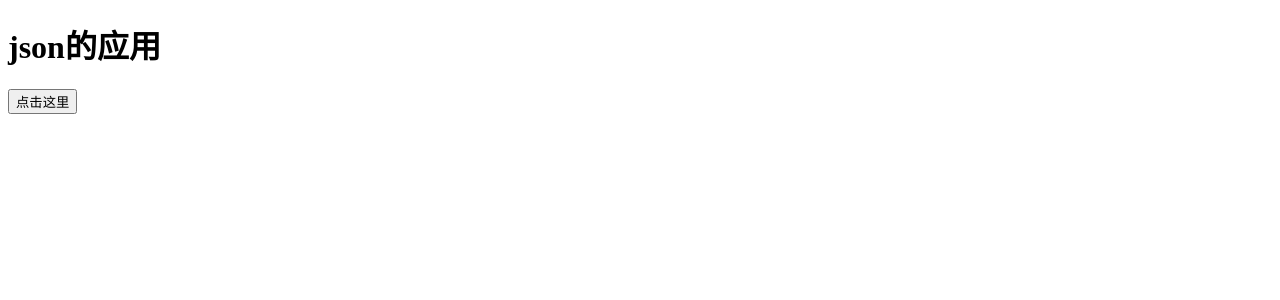
Repository: EthanZmr/myCode
Page: http://localhost/ajax/json.jsp
An editor plug-in stored every save of this project. The page is shown before and after the next save, followed by the edit.
The browser window is 1280 px wide. The pictures show the whole page.
The page is served by Tomcat 9.

Above is the page before, as saved 2018-12-22 14:14:46.

After the next save:
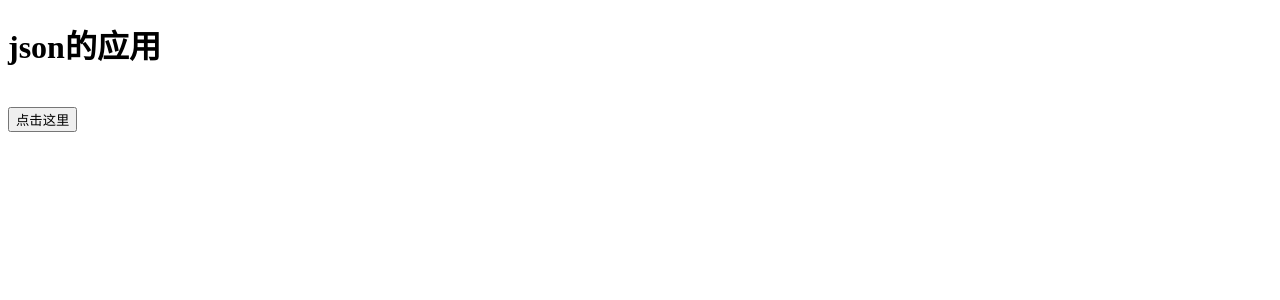
Saved 17 s later.
--- a/ajax/WebContent/json.jsp
+++ b/ajax/WebContent/json.jsp
@@ -15,8 +15,8 @@
 	}
 </script>
 <body>
-	<h1>json的应用</h1>
-	<button id="btn">点击这里</button>
+	<h1>json的应用</h1><br>
+	<button id="btn">点击这里</button><br>
 	<h3 id="h3"></h3>
 </body>
 </html>
